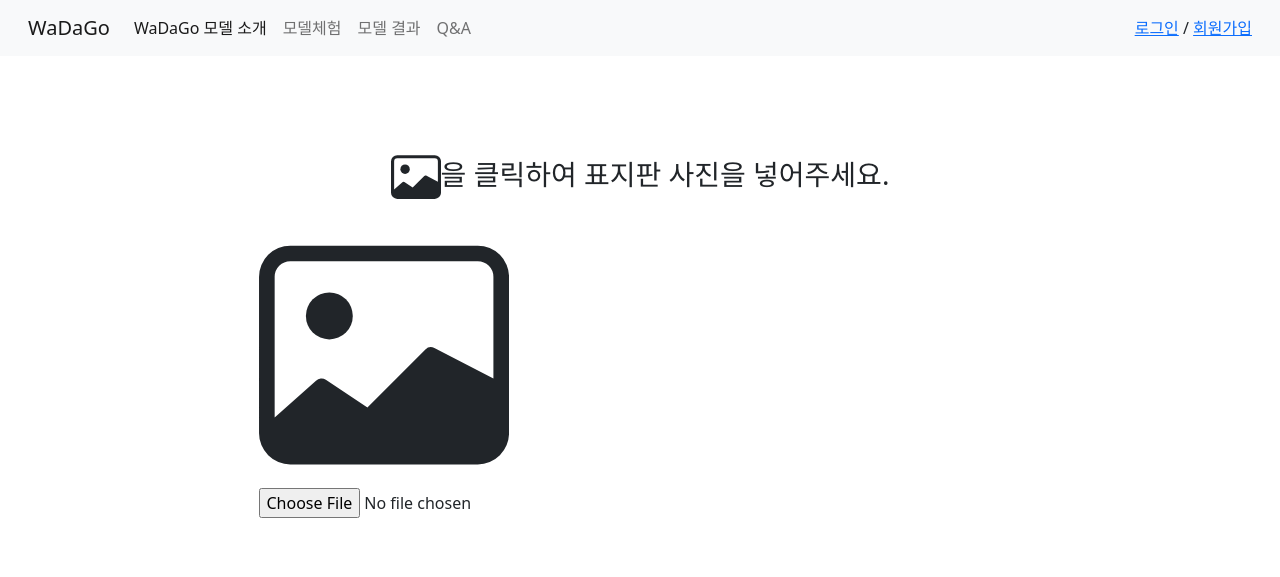
Repository: suchulchoi/Wadago_Project
Page: http://localhost/model/try
The author's editor kept a copy of each file at every save. The page is drawn from the files as they stood at one save, then again after the next save.
The browser window is 1280 px wide. The pictures show the whole page.
The page is this project's Thymeleaf template; nobody is signed in. The template is opened directly, without the code that normally fills it, so the values that code supplies are empty.

Above is the page before, as saved 2022-07-27 14:02:16.

After the next save:
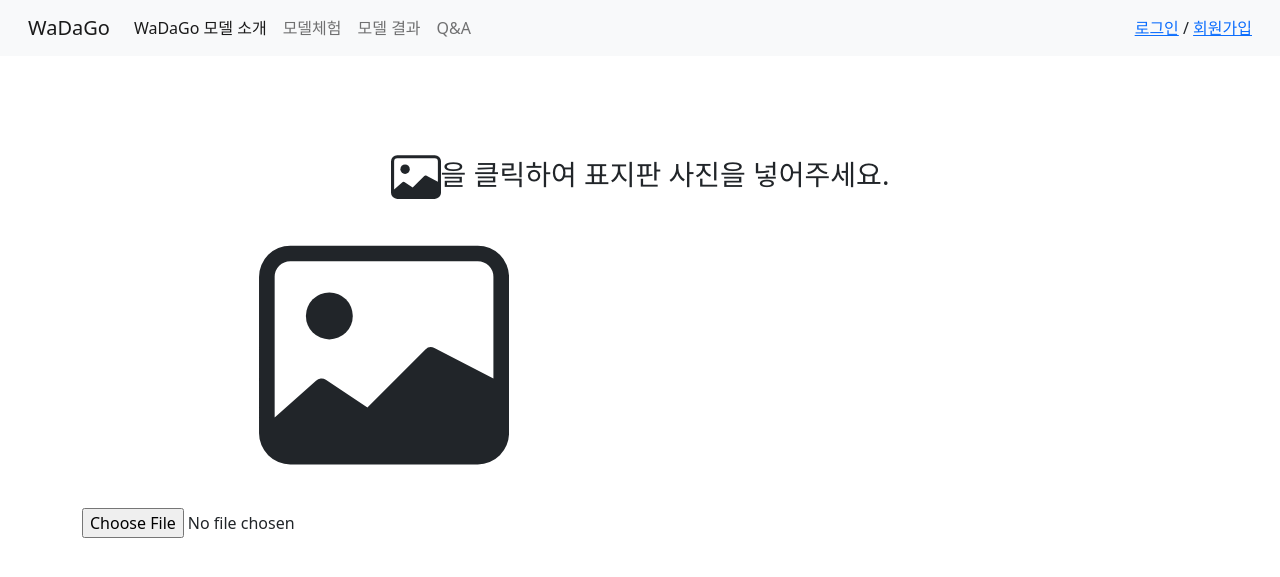
Saved 68 s later.
--- a/wadago_project/src/main/resources/templates/model/try.html
+++ b/wadago_project/src/main/resources/templates/model/try.html
@@ -60,11 +60,11 @@
 						</svg>
 					</label>
 			  		<input name="uploadfile" type="file" class="imgInput" id="image" accept="image/*" style="display:none;" onchange="setThumbnail(event);">
-			  		<input name="uploadfile2" type="file" >
 
 				</div>
 				<div id="image_container" class="imgMenu"></div>
 			</div>
+	  		<input name="uploadfile2" type="file" >
 			<br><br>
 			<center><button id="postBtn" class="resultBtn" type="submit" style="visibility:hidden;">
 				<svg xmlns="http://www.w3.org/2000/svg" width="16" height="16" fill="currentColor" class="bi bi-caret-right-fill" viewBox="0 0 16 16">
